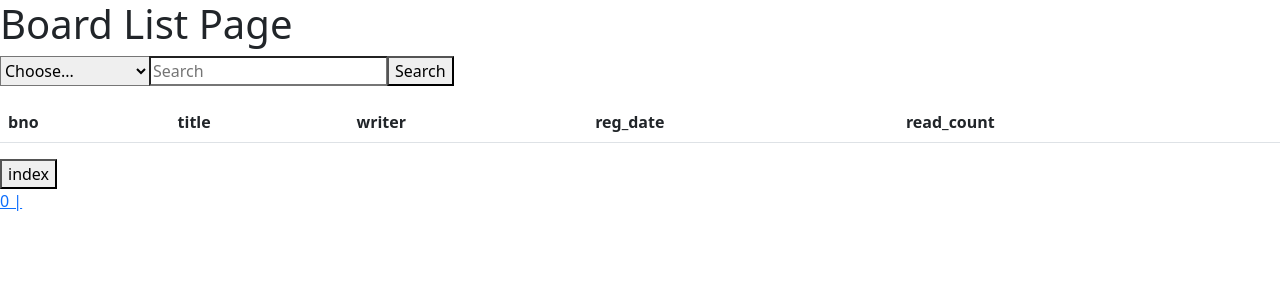
Repository: khr4162/-
Page: http://localhost/jsp_project/board/list.jsp
The author's editor kept a copy of each file at every save. The page is drawn from the files as they stood at one save, then again after the next save.
The browser window is 1280 px wide. The pictures show the whole page.
The page is served by Tomcat 9. The template is opened directly, without the code that normally fills it, so the values that code supplies are empty.

Above is the page before, as saved 2023-05-24 06:11:22.

After the next save:
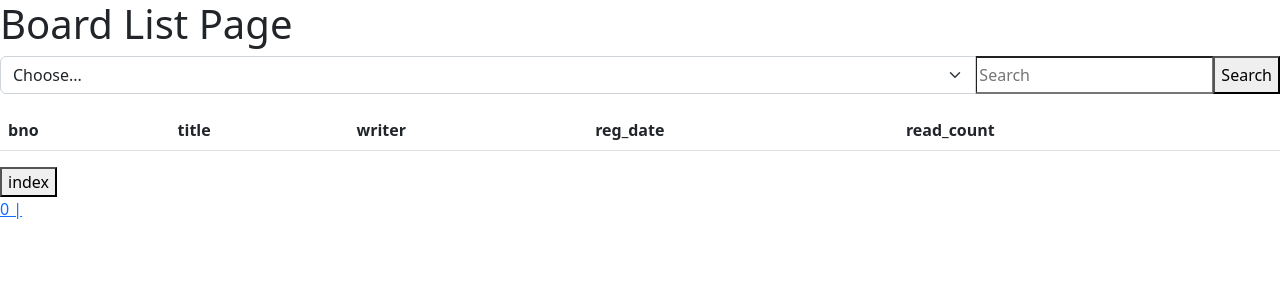
Saved 11 s later.
--- a/Desktop/김형래/jsp_project2 (2) (1)/jsp_project/src/main/webapp/board/list.jsp
+++ b/Desktop/김형래/jsp_project2 (2) (1)/jsp_project/src/main/webapp/board/list.jsp
@@ -17,7 +17,7 @@
 <form action="/brd/page" method="post">
 	<div  class="input-group mb-3">
 		<c:set value="${pgh.pgvo.type }" var="typed"></c:set>
-		<select name="type">
+		<select name="type" class="form-select">
 		<!-- selected : 현재 내가 선택한 값 -->
 			<option ${typed == null ? 'selected':'' }>Choose...</option>
 			<option value="t" ${typed eq 't' ? 'selected':'' }>title</option>
